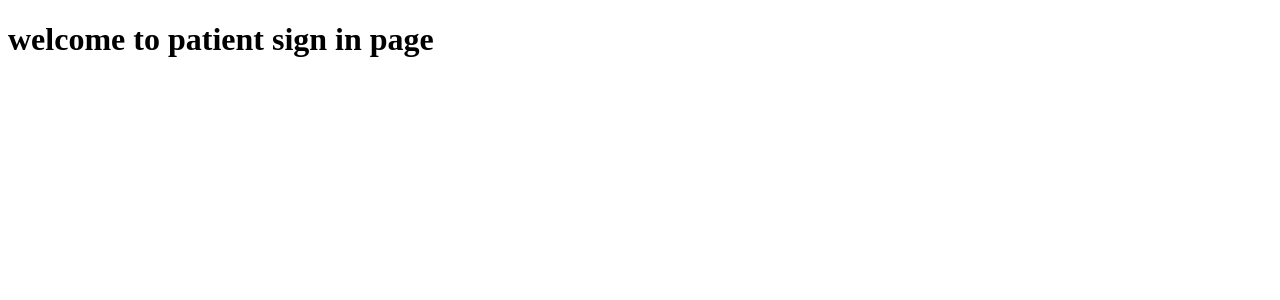
Repository: OmarAl-Saleh/Hospital-Emergency-System
Page: http://localhost/EmergencySystem/patient/sign-in.jsp
An editor plug-in stored every save of this project. The page is shown before and after the next save, followed by the edit.
The browser window is 1280 px wide. The pictures show the whole page.
The page is served by Tomcat 9. Other server files are loaded and not shown.

Above is the page before, as saved 2024-05-22 08:09:14.

### EmergencySystem/EmergencySystem/src/main/webapp/patient/sign-in.jsp
<%@ page language="java" contentType="text/html; charset=ISO-8859-1"
    pageEncoding="ISO-8859-1"%>
<!DOCTYPE html>
<html>
<head>
<meta charset="ISO-8859-1">
<title>Patient sign in page</title>
</head>
<body>
<h1>welcome to patient sign in page</h1>
</body>
</html>

After the next save:
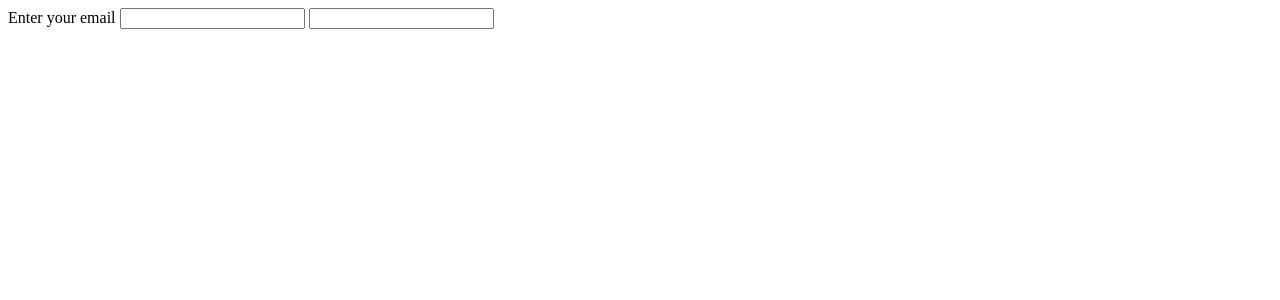
Saved 4 min 17 s later.
--- a/EmergencySystem/EmergencySystem/src/main/webapp/patient/sign-in.jsp
+++ b/EmergencySystem/EmergencySystem/src/main/webapp/patient/sign-in.jsp
@@ -7,6 +7,10 @@
 <title>Patient sign in page</title>
 </head>
 <body>
-<h1>welcome to patient sign in page</h1>
+<form action="patient" method="get">
+<label>Enter your email</label>
+<input type="email" name="email"/>
+<input type="tel" name="phone"/>
+</form>
 </body>
 </html>
